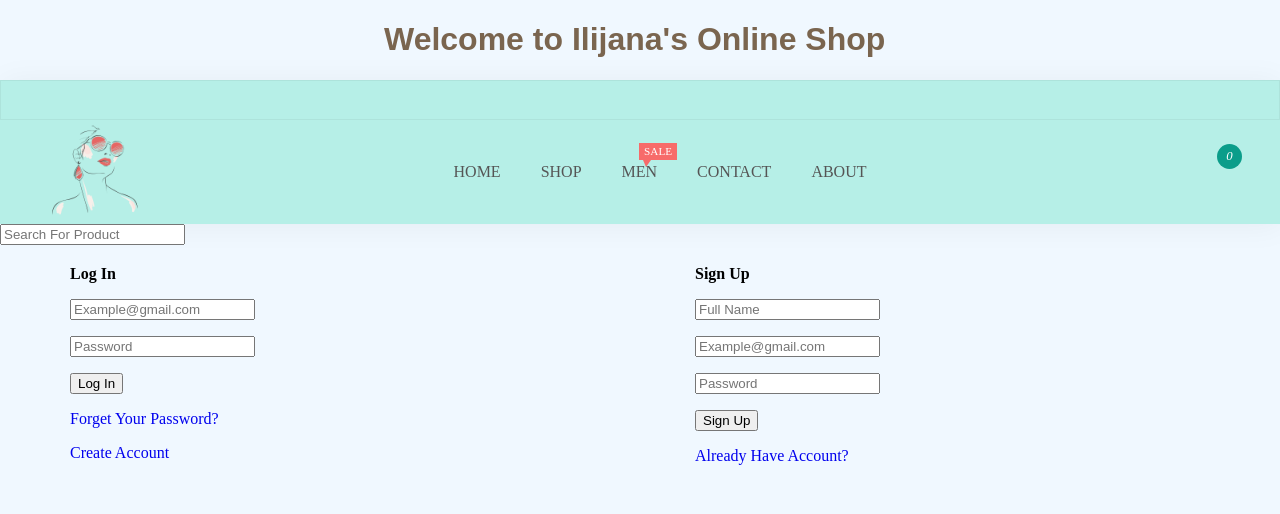
Repository: ilijana123/Proekt1
Page: html.html
These files come from the project's save history. The page is drawn as it stood at one moment and after the next save; the edit follows.
The browser window is 1280 px wide. The pictures show the part of the page from y = 0 to 514 px (the page is 4329 px tall).
Pictures or frames that could not be fetched are drawn as grey boxes. A picture or video elsewhere on the page could not be fetched, so the positions and the page height are approximate. The page's requests for data from a server got no answer.

Above is the page before, as saved 2023-11-13 03:45:51.
Console error: TypeError: Cannot read properties of null (reading 'appendChild')

### html.html
<!DOCTYPE html>
<html>
    <head>

    <meta charset="utf-8">
    <title>Online shop</title>
    <link rel="stylesheet" type="text/css" href="1.css">
    <script src="script.js"></script>

    </head>

    <body>
    <header>
       <h1>Welcome to Ilijana's Online Shop</h1>
    </header>
    <nav>
 <div class="social-call">
     <div class="social">
         <a href="#"><i class="fab fa-facebook-f"></i></a>
         <a href="#"><i class="fab fa-twitter"></i></a>
         <a href="#"><i class="fab fa-youtube"></i></a>
         <a href="#"><i class="fab fa-instagram"></i></a>
     </div>
 </div>
 <div class="navigation">
     <a href="#" class="logo"><img src="logo.png"></a>
     <div class="toggle"></div>
     <ul class="menu">
         <li><a href="#">Home</a></li>
         <li  class="shop"><a href="#" >Shop</a></li>
         <li><a href="#">Men</a>
             <span class="sale-lable">Sale</span>
         </li>
         <li><a href="#">Contact</a></li>
         <li><a href="#">About</a></li>
     </ul>
     <div class="right-menu">
         <a href="javascript:void(0);" class="search">
             <i class="fas fa-search"></i>
         </a>
         <a href="javascript:void(0);" class="user">
             <i class="far fa-user"></i>
         </a>
         <a href="#">
             <i class="fas fa-shopping-cart">
                 <span class="num-cart-product">0</span>
             </i>
         </a>
     </div>
     </div>
 </nav>
 <div class="search-bar">
    <div class="search-input">
    <input type="text" placeholder="Search For Product" name="search" />
    <a href="javascript:void(0);" class="search-cancel">
        <i class="fas fa-times"></i>
    </a>
</div>
</div>
 <div class="form">
    <div class="login-form">
        <a href="javascript:void(0);" class="form-cancel">
            <i class="fas fa-times"></i>
        </a>
        <strong>Log In</strong>
        <form>
            <p><input type="email" name="email" placeholder="Example@gmail.com" required/></p>
            <p><input type="password" name="password" placeholder="Password" required/></p>
            <p><input type="submit" value="Log In"/></p>
        </form>
        <div class="form-btns">
            <p><a href="#" class="forget">Forget Your Password?</a></p>
            <p><a href="javascript:void(0);" class="sign-up-btn">Create Account</a></p>
        </div>
    </div>
        <div class="sign-up-form">
        <a href="javascript:void(0);" class="form-cancel">
            <i class="fas fa-times"></i>
        </a>
            <strong>Sign Up</strong>
            <form>
                <p><input type="text" name="fullname" placeholder="Full Name" required/></p>
                <p><input type="email" name="email" placeholder="Example@gmail.com" required/></p>
                <p><input type="password" name="password" placeholder="Password" required/></p>
                <p><input type="submit" value="Sign Up"/></p>
            </form>
            <div class="form-btns">
                <a href="javascript:void(0);" class="already-account">
                    Already Have Account?</a>

            </div>
        </div>
</div>
<ul id="adaptive" class="cs-hidden">
    <li class="item-a">
<div class="full-slider-box f-slide-1">

    <div class="f-slider-text-container">
    <div class="f-slider-text">
        <span>Limited Offer</span>
        <strong>30% Off<br/> With <font>Promo Code</font></strong>
        <a href="#" class="f-slider-btn">Shop Now</a>
    </div>
    </div>

</div>
</li>
    <li class="item-b">
<div class="full-slider-box f-slide-2">

    <div class="f-slider-text-container">
    <div class="f-slider-text">
        <span>Limited Offer</span>
        <strong>30% Off<br/> With <font>Promo Code</font></strong>
        <a href="#" class="f-slider-btn">Shop Now</a>
    </div>
    </div>

</div>
</li>
     <li class="item-c">
<div class="full-slider-box f-slide-3">

    <div class="f-slider-text-container">
    <div class="f-slider-text">
        <span>Limited Offer</span>
        <strong>30% Off<br/> With <font>Promo Code</font></strong>
        <a href="#" class="f-slider-btn">Shop Now</a>
    </div>
    </div>

</div>
</li>

</ul>
        <ul id="autoWidth" class="container" class="cs-hidden">
            <li class="item">
                <div class="feature-box">
                    <a href="#">
                        <img src="images/feature_1.jpg">
                    </a>
                </div>
                <span>T-Shirts</span>
            </li>
            <li class="item">
                <div class="feature-box">
                    <a href="#">
                        <img src="images/feature_2.jpg">
                    </a>
                </div>
                <span>Men T-Shirts</span>
            </li>
            <li class="item">
                <div class="feature-box">
                    <a href="#">
                        <img src="images/feature_3.jpg">
                    </a>
                </div>
                <span>Kids T-Shirts</span>
            </li>
            <li class="item">
                <div class="feature-box">
                    <a href="#">
                        <img src="images/feature_4.jpg">
                    </a>
                </div>
                <span>Pillow</span>
            </li>
            <li class="item">
                <div class="feature-box">
                    <a href="#">
                        <img src="images/feature_5.jpg">
                    </a>
                </div>
                <span>Phone Cover</span>
            </li>
            <li class="item">
                <div class="feature-box">
                    <a href="#">
                        <img src="images/feature_6.jpg">
                    </a>
                </div>
                <span>Shopping Bags</span>
            </li>

          </ul>
   <section class="new-arrival">
    <div class="arrival-heading">
        <strong>New Arrival</strong>
        <p>We Provide You New Fasion Design Clothes</p>
    </div>
      <div class="product-container">
          <div class="product-box">
              <div class="product-img">
                  <a href="#" class="add-cart">
                      <i class="fas fa-shopping-cart"></i>
                    </a>
                <img src="images/p-1.png">
              </div>
              <div class="product-details">
                  <a href="#" class="p-name">Drawstring T-Shirt</a>
                  <span class="p-price">$22.00</span>
              </div>
          </div>
            <div class="product-box">
                <div class="product-img">
                  <a href="#" class="add-cart"><i class="fas fa-shopping-cart"></i></a>
                  <img src="images/p-2.png">
                </div>
                <div class="product-details">
                    <a href="#" class="p-name">Drawstring T-Shirt</a>
                    <span class="p-price">$22.00</span>
                </div>
            </div>
          <div class="product-box">
            <div class="product-img">
                <a href="#" class="add-cart"><i class="fas fa-shopping-cart"></i></a>
              <img src="images/p-3.png">
            </div>
            <div class="product-details">
                <a href="#" class="p-name">Drawstring T-Shirt</a>
                <span class="p-price">$22.00</span>
            </div>
        </div>
          <div class="product-box">
            <div class="product-img">
                <a href="#" class="add-cart"><i class="fas fa-shopping-cart"></i></a>
              <img src="images/p-4.png">
            </div>
            <div class="product-details">
                <a href="#" class="p-name">Drawstring T-Shirt</a>
                <span class="p-price">$22.00</span>
            </div>
        </div>
          <div class="product-box">
            <div class="product-img">
                <a href="#" class="add-cart"><i class="fas fa-shopping-cart"></i></a>
              <img src="images/p-5.png">
            </div>
            <div class="product-details">
                <a href="#" class="p-name">Drawstring T-Shirt</a>
                <span class="p-price">$22.00</span>
            </div>
        </div>
          <div class="product-box">
            <div class="product-img">
                <a href="#" class="add-cart"><i class="fas fa-shopping-cart"></i></a>
              <img src="images/p-6.png">
            </div>
            <div class="product-details">
                <a href="#" class="p-name">Drawstring T-Shirt</a>
                <span class="p-price">$22.00</span>
            </div>
        </div>
          <div class="product-box">
            <div class="product-img">
                <a href="#" class="add-cart"><i class="fas fa-shopping-cart"></i></a>
              <img src="images/p-7.png">
            </div>
            <div class="product-details">
                <a href="#" class="p-name">Drawstring T-Shirt</a>
                <span class="p-price">$22.00</span>
            </div>
        </div>
          <div class="product-box">
            <div class="product-img">
                <a href="#" class="add-cart">
                    <i class="fas fa-shopping-cart"></i>
                </a>
              <img src="images/p-8.png">
            </div>
            <div class="product-details">
                <a href="#" class="p-name">Drawstring T-Shirt</a>
                <span class="p-price">$22.00</span>
            </div>
        </div>
      </div>
  </section>
 <section class="sale">
    <div class="sale-box sale-1">
        <img src="images/sale-1.jpg">

        <a href="#">
        <div class="sale-text">
          <strong>Bag with rose pattern</strong>
          <span>Sale off 25%</span>
        </div></a>

      </div>
    <div class="sale-box sale-1">
      <img src="images/sale-2.jpg">

      <a href="#"><div class="sale-text">
        <strong>Hello Summer</strong>
        <span>Sale off 20%</span>
      </div></a>

    </div>
     <div class="sale-box sale-1">
      <img src="images/sale-3.jpg">

      <a href="#">
      <div class="sale-text">
        <strong>Let's Party Hard Pillow</strong>
        <span>Sale off 25%</span>
      </div></a>

    </div>

</section>
 <section class="feature-item">
    <div class="feature-heading">
    <strong>Featured Items</strong>
    <p>We Provide You New Fasion Design Clothes</p>
        </div>
      <div class="product-container">
          <div class="product-box">
              <div class="product-img">
                  <a href="#" class="add-cart"><i class="fas fa-shopping-cart"></i></a>
                <img src="images/p-1.png">
              </div>
              <div class="product-details">
                  <a href="#" class="p-name">Drawstring T-Shirt</a>
                  <span class="p-price">$22.00</span>
              </div>
          </div>
            <div class="product-box">
                <div class="product-img">
                  <a href="#" class="add-cart"><i class="fas fa-shopping-cart"></i></a>
                  <img src="images/p-2.png">
                </div>
                <div class="product-details">
                    <a href="#" class="p-name">Drawstring T-Shirt</a>
                    <span class="p-price">$22.00</span>
                </div>
            </div>
          <div class="product-box">
            <div class="product-img">
                <a href="#" class="add-cart"><i class="fas fa-shopping-cart"></i></a>
              <img src="images/p-3.png">
            </div>
            <div class="product-details">
                <a href="#" class="p-name">Drawstring T-Shirt</a>
                <span class="p-price">$22.00</span>
            </div>
        </div>
         <div class="product-box">
            <div class="product-img">
                <a href="#" class="add-cart"><i class="fas fa-shopping-cart"></i></a>
              <img src="images/p-4.png">
            </div>
            <div class="product-details">
                <a href="#" class="p-name">Drawstring T-Shirt</a>
                <span class="p-price">$22.00</span>
            </div>
        </div>

            </div>
            </section>
<div class="banner-box f-slide-3">

    <div class="banner-text-container">
    <div class="banner-text">
        <span>Limited Offer</span>
        <strong>30% Off<br/> With <font>Promo Code</font></strong>
        <a href="#" class="banner-btn">Shop Now</a>
    </div>
    </div>

</div>
    <section class="services">
        <div class="services-box">
            <i class="fas fa-shipping-fast"></i>
            <span>Free Shipping</span>
            <p>Free Shipping for all US order</p>
        </div>
        <div class="services-box">
            <i class="fas fa-headphones-alt"></i>
            <span>Support 24/7</span>
            <p>We support 24h a day</p>
        </div>
        <div class="services-box">
            <i class="fas fa-sync"></i>
            <span>100% Money Back</span>
            <p>You have 30 days to Return</p>
        </div>

    </section>
    <footer>
        <span class="copyright">
            Copyright 2020 - GoingToInternet
        </span>
        <div class="subscribe">
            <form>
            <input type="email" placeholder="Example@gmail.com" required/>
            <input type="submit" value="Subscribe">
            </form>
        </div>
    </footer>
    </body>
</html>

### 1.css
h1  {
    font-family: fantasy;
    color:rgb(122, 101, 79);
    position:relative;
    margin-left: 30%;
}
blockquote
{
    font-family:cursive;
}
body{
    margin:0px;
    padding: 0px;
    font-family: poppins;
    background-color:aliceblue;
}
*{
    box-sizing: border-box;
}
ul{
    list-style: none;
    margin-right: 80px;
    margin-left: 40px;
}
a{
    text-decoration: none;
}
nav{
    width:100%;
    box-shadow: 2px 2px 30px rgba(0,0,0,0.05);
    z-index: 100;
    background-color:#b6efe7
}
.social-call{
    height: 40px;
    border: 1px solid rgba(0,0,0,0.05);
    display: flex;
    justify-content: center;
    align-items: center;
}
.social a{
    margin: 0px 5px;
    color: rgba(0,0,0,0.7);
    font-size: 0.9rem;
}
.phone{
    color: rgba(0,0,0,0.7);
    margin-left: 30px;
    font-size: 0.9rem;
}
.social a:hover{
    color: #0b9d8a;
    transition: all ease 0.3s;
}
.navigation{
    display: flex;
    justify-content: space-between;
    align-items: center;
    padding: 0px 45px;
}
.logo img{
    height: 100px;
}
.menu{
    display: flex;
}
.menu li{
    position: relative;
    margin: 20px;
    display: flex;
    text-transform: uppercase;
    font-weight: 500;
}
.menu li a{
    color: #555555;
}
.right-menu a{
    margin: 0px 10px;
    font-size: 1.2rem;
    color: rgba(0,0,0,0.7);
}
.menu a:hover,
.right-menu a:hover,
.search-cancel:hover,
.form-cancel:hover{
    color: #0b9d8a;
    transition: all ease 0.3s;
}
.sale-lable{
    width:38px;
    height: 17px;
    background-color: #f76b6a;
    color: #ffffff;
    font-weight: 400;
    display: flex;
    justify-content: center;
    align-items: center;
    font-size: 0.7rem;
    text-transform: uppercase;
    position: absolute;
    top: -20px;
    right: -20px;
}
.sale-lable:after{
    content: '';
    width:0px;
    height: 0px;
    border-bottom: 5px solid transparent;
    border-left: 3px solid transparent;
    border-top: 7px solid #f76b6a;
    border-right: 5px solid transparent;
    position: absolute;
    left: 10%;
    top: 100%;
}
.fa-shopping-cart{
    position: relative;
}
.num-cart-product{
    position: absolute;
    top: -17px;
    right: -17px;
    width:25px;
    height: 25px;
    font-size: 0.8rem;
    border-radius: 50%;
    background-color: #0b9d8a;
    color: #ffffff;
    display: flex;
    justify-content: center;
    align-items: center;
    font-weight: 400;
}
.form {
    display: flex;
}

.login-form,
.sign-up-form {
    flex: 1;
    padding: 20px; /* Прилагодете го ова според вашиот дизајн */
    box-sizing: border-box;
}

.login-form
{
    margin-right: 20px;
    margin-left: 50px;
}
.full-slider-box{
    width:100%;
    height: 65vh;
    display: flex;
    justify-content: center;
    align-items: center;
    background-size: cover;
    background-repeat: no-repeat;
    background-position: center;
}
.f-slide-1{
    background-image: url(../images/Slider_01.jpg);
}
.f-slide-2{
    background-image: url(../images/Slider_02.jpg);
}
.f-slide-3{
    background-image: url(../images/Slider_03.jpg);
}
.slider-text-container{
    width:80%;
    height: 90%;
    display: flex;
    align-items: center;
}
.f-slider-text{
    display: flex;
    flex-direction: column;
    margin-right: auto;
}
.f-slider-text strong{
    color: #333333;
    font-size: 3rem;
    line-height: 55px;
    margin-top: 10px;
    letter-spacing: 1px;
}
.f-slider-text span{
    text-transform: uppercase;
    letter-spacing: 6px;
    font-weight: 500;
    color: #666666;
    font-size: 1.2rem;
}
.f-slider-btn{
    width:170px;
    height: 40px;
    display: flex;
    justify-content: center;
    align-items: center;
    color: #ffffff;
    background-color: #0b9d8a;
    text-transform: uppercase;
    letter-spacing: 2px;
    margin-top: 14px;
}
.f-slider-text strong font{
    color: #0b9d8a;
}
.feature-heading{
    display: flex;
    justify-content: center;
    align-items: center;
}
.feature-heading h2{
    font-size: 1.2rem;
    letter-spacing: 1px;
    color: #1b1919;
    text-transform: uppercase;
    font-weight: 600;
    margin-top: 40px;
    padding: 5px 30px;
    border: 1px solid #e0e0e0;
}
.feature-box{
    width:155px;
    height: 160px;
    margin: 0px 20px;
    border-radius: 10px;
    overflow: hidden;
}
.feature-box a img{
    width:100%;
    height: 100%;
    object-fit: cover;
    object-position: center;
}
.item span{
    font-size: 1rem;
    font-weight: 600;
    margin: 5px;
    color: #444444;
}
.item{
    display: flex;
    flex-direction: column;
    justify-content: center;
    align-items: center;
}
#autoWidth{
    display: flex;
    justify-content: center !important;
    margin: 10px auto 40px auto;
}
.arrival-heading strong{
    font-size: 1.2rem;
    letter-spacing: 1px;
    color: #1b1919;
    text-transform: uppercase;
    font-weight: 600;
    margin-top: 40px;
    padding: 5px 30px;
    border: 1px solid #e0e0e0;
}
.arrival-heading{
    display: flex;
    justify-content: center;
    align-items: center;
    flex-direction: column;
}
.arrival-heading strong{
    color: #ffffff;
    background-color: #202020;
    font-weight: 500;
}
.arrival-heading p{
    color: #808080;
    margin: 10px;
    font-size: 0.9rem;
}
.product-container{
    width:90%;
    display: flex;
    justify-content: center;
    align-items: center;
    flex-wrap: wrap;
    margin-top: 20px;
}
.product-box{
    display: flex;
    flex-grow: 0.5;
    flex-direction: column;
    align-items: center;
    border: 1px solid #f7f7f7;
    border-radius: 10px;
    margin: 20px;
}
.product-img{
    width:200px;
    height: 210px;
    margin: 20px;
    cursor: pointer;
    position: relative;
}
.product-img img{
    width:100%;
    height: 100%;
    object-fit: contain;
    object-position: center;
}
.product-details{
    display: flex;
    flex-direction: column;
    align-items: center;
    width: 100%;
    padding: 10px 20px;
    border-top: 1px solid #f3f3f3;
}
.p-name{
    color: #727272;
}
.p-price{
    color: #333333;
    font-size: 1.2rem;
    font-weight: 400;
}
.product-box:hover{
    box-shadow: 2px 2px 30px rgba(0,0,0,0.1);
}
.add-cart{
    position: absolute;
    right: -20px;
    top: 10px;
    width:50px;
    height: 50px;
    border-radius: 50%;
    display: flex;
    justify-content: center;
    align-items: center;
    color: #ffffff;
    background-color: #0b9d8a;
    box-shadow: 2px 2px 30px rgba(0,0,0,0.1);
    display: none;
    animation: fade 0.3s;

}
.add-cart:hover{
    background-color: #f76b6a;
    transition: all ease 0.2s;
}
.product-box:hover .add-cart{
    display: flex;
}
.new-arrival{
    display: flex;
    flex-direction: column;
    justify-content: center;
    align-items: center;
}

.sale{
    width:95%;
    display: flex;
    justify-content: center;
    align-items: center;
    flex-wrap: wrap;
    margin: 20px auto;

}
.sale-box{
    width:280px;
    border-radius: 20px;
    margin: 20px;
    position: relative;
    flex-grow: 0.5;
}
.sale-box img{
    width:100%;
    height: 100%;
    object-fit: cover;
    object-position: center right;
}
.sale-text{
    position: absolute;
    left: 20%;
    top: 50%;
    transform: translate(-20%,-50%);
    display: flex;
    flex-direction: column;
}
.sale-box a{
    color: #1b1919;
}
.sale-text strong{
    font-size: 1.2rem;
    font-weight: 500;
    width: 80%;
    line-height: 23px;
}

.banner-box{
    width:100%;
     height: 40vh;
    margin: 20px 0px;
    display: flex;
    justify-content: center;
    align-items: center;
    background-image: url(../images/Slider_03.jpg);
    background-size: cover;
    background-repeat: no-repeat;
    background-position: center;
}

.banner-text-container{
    width:80%;
    height: 90%;
    display: flex;
    align-items: center;
}

.banner-text{
    display: flex;
    flex-direction: column;
    margin-right: auto;
}

.banner-text strong{
    color: #333333;
    font-size: 3rem;
    line-height: 55px;
    margin-top: 10px;
    letter-spacing: 1px;
}

.banner-text span{
    text-transform: uppercase;
    letter-spacing: 6px;
    font-weight: 500;
    color: #666666;
    font-size: 1.2rem;
}

.banner-btn{
    width:170px;
    height: 40px;
    display: flex;
    justify-content: center;
    align-items: center;
    color: #ffffff;
    background-color: #0b9d8a;
    text-transform: uppercase;
    letter-spacing: 2px;
    margin-top: 14px;
}
.banner-text strong font{
    color: #0b9d8a;
}
.services{
    display: flex;
    width: 90%;
    justify-content: center;
    align-items: center;
    flex-wrap: wrap;
    margin: auto;
}
.services-box{
    display: flex;
    flex-direction: column;
    justify-content: center;
    align-items: center;
    border: 1px solid rgba(0,0,0,0.1);
    min-width: 250px;
    padding: 20px;
    margin: 15px;
    flex-grow: 0.7;
}
.services-box i{
    color: #0b9d8a;
    font-size: 2rem;
    margin: 15px;
}
.services-box span{
    color: #222222;
    font-weight: 600;
    letter-spacing: 0.5px;
    font-size: 1rem;
}
.services-box p{
    color: #878787;
    margin: 0px;
    font-size: 0.9rem;
}
footer{
    display: flex;
    justify-content: space-around;
    align-items: center;
    padding: 10px;
    border-top: 1px solid rgba(0,0,0,0.1);
    flex-wrap: wrap;
    margin-top: 20px;
}
.copyright{
    font-size: 0.9rem;
    color: #4e4e4e;
    letter-spacing: 1px;
}
.subscribe input{
    width:240px;
    height: 43px;
    padding: 0px 20px;
    border: 1px solid rgba(0,0,0,0.1);
    outline: none;
    box-shadow: 2px 2px 30px rgba(0,0,0,0.05);
}
.subscribe input[type="submit"]{
    width:120px;
    background-color: #0b9d8a;
    color: #ffffff;
    margin: 0px 5px;
}
.toggle{
    display: none;
}
@media(max-width:1010px){
    nav{
        position: relative;
    }
    .navigation{
        height: 80px;
    }
    .fix-nav{
        height: 80px;
    }
    .menu{
        position: absolute;
        top: 110px;
        left: 0px;
        background-color: #ffffff;
        border-bottom: 4px solid #0b9d8a;
        width: 100%;
        padding: 0px;
        margin: 0px;
        z-index: 102;
        flex-direction: column;
        display: none;

    }
    .fix-nav .menu{
        top: 80px;
    }
    .menu li{
        width:100%;
        margin: 0px;
        padding: 0px;
    }
    .navigation .menu li a{
        width:100%;
        height: 50px;
        display: flex;
        align-items: center;
        margin: 0px;
        padding: 25px;
        border: 1px solid rgba(0,0,0,0.03);
    }
    .sale-lable{
        display: none;
    }
    .toggle{
        display: block;
    }
    .toggle:before{
        content: '\f0c9';
        font-family: fontAwesome;
        line-height: 30px;
        z-index: 1;
        cursor: pointer;
    }
    .toggle.active:before{
        content: '\f00d';
    }
    .navigation.active .menu{
        display: block;
    }
    .full-slider-box,
    .banner-box{
        height: 45vh;
    }
    .f-slider-text span,
    .banner-text span{
        font-size: 0.9rem;
    }
    .f-slider-text strong,
    .banner-text strong{
        font-size: 2rem;
        line-height: 40px;
    }
    .search-input{
        height: 60px;
    }
    .search-input input,
    .search-cancel{
        font-size: 1.4rem;
    }
    .sale-box{
        height: 200px;
    }
}
@media(max-width:600px){
    .navigation{
        padding: 10px;
    }
    .f-slider-text strong,
    .banner-text strong{
        font-size: 1.2rem;
        line-height: 25px;
    }
    .full-slider-box,
    .banner-box{
        height: 30vh;
    }
    .f-slider-text span,
    .banner-text span{
        font-size: 0.8rem;
    }
    .f-slider-btn,
    .banner-btn{
        width:120px;
        height: 30px;
        font-size: 0.8rem;
    }
    .feature-heading h2{
        font-size: 1.2rem;
    }
    .feature-box{
        width:120px;
        height: 120px;
    }
    .new-arrival strong,
    .feature-heading strong{
        font-size: 1.2rem;
    }
    .new-arrival p,
    .feature-heading p{
        font-size: 0.8rem;
        text-align: center;
    }
    .sale-box{
        width:100%;
        height: 180px;
    }
    .sale{
        width: 100%;
    }
    .services{
        width:100%;
    }
    .services-box{
        width:100%;
    }
    .copyright{
        margin: 20px 0px;
        text-align: center;
    }
    .subscribe{
        width:100%;
    }
    .subscribe form{
        flex-wrap: nowrap;
        display: flex;
        width:100%;
    }
    .subscribe input{
        width:100%;
        flex-grow: 1;
    }
    .login-form,
    .sign-up-form{
        width:90%;
    }
}

Loaded but not shown: script.js (93 lines, source omitted)

After the next save:
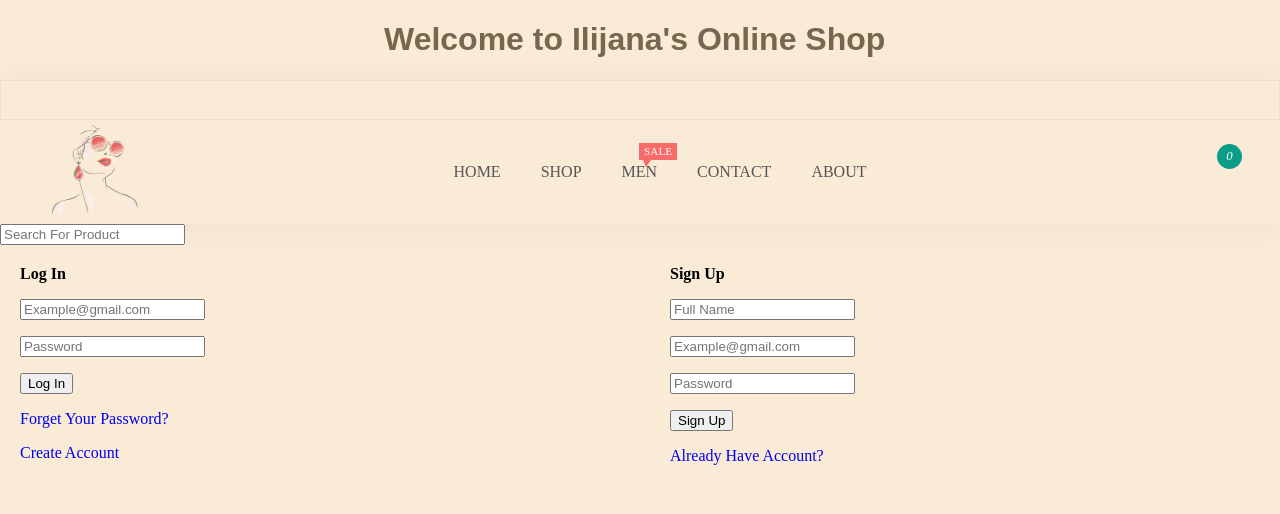
Saved 24 s later.
--- a/1.css
+++ b/1.css
@@ -12,7 +12,7 @@ body{
     margin:0px;
     padding: 0px;
     font-family: poppins;
-    background-color:aliceblue;
+    background-color:antiquewhite;
 }
 *{
     box-sizing: border-box;
@@ -29,7 +29,6 @@ nav{
     width:100%;
     box-shadow: 2px 2px 30px rgba(0,0,0,0.05);
     z-index: 100;
-    background-color:#b6efe7
 }
 .social-call{
     height: 40px;
@@ -142,10 +141,8 @@ nav{
     box-sizing: border-box;
 }
 
-.login-form
-{
-    margin-right: 20px;
-    margin-left: 50px;
+.login-form {
+    margin-right: 20px; /* Опционално: Додадете меѓусебен простор */
 }
 .full-slider-box{
     width:100%;
